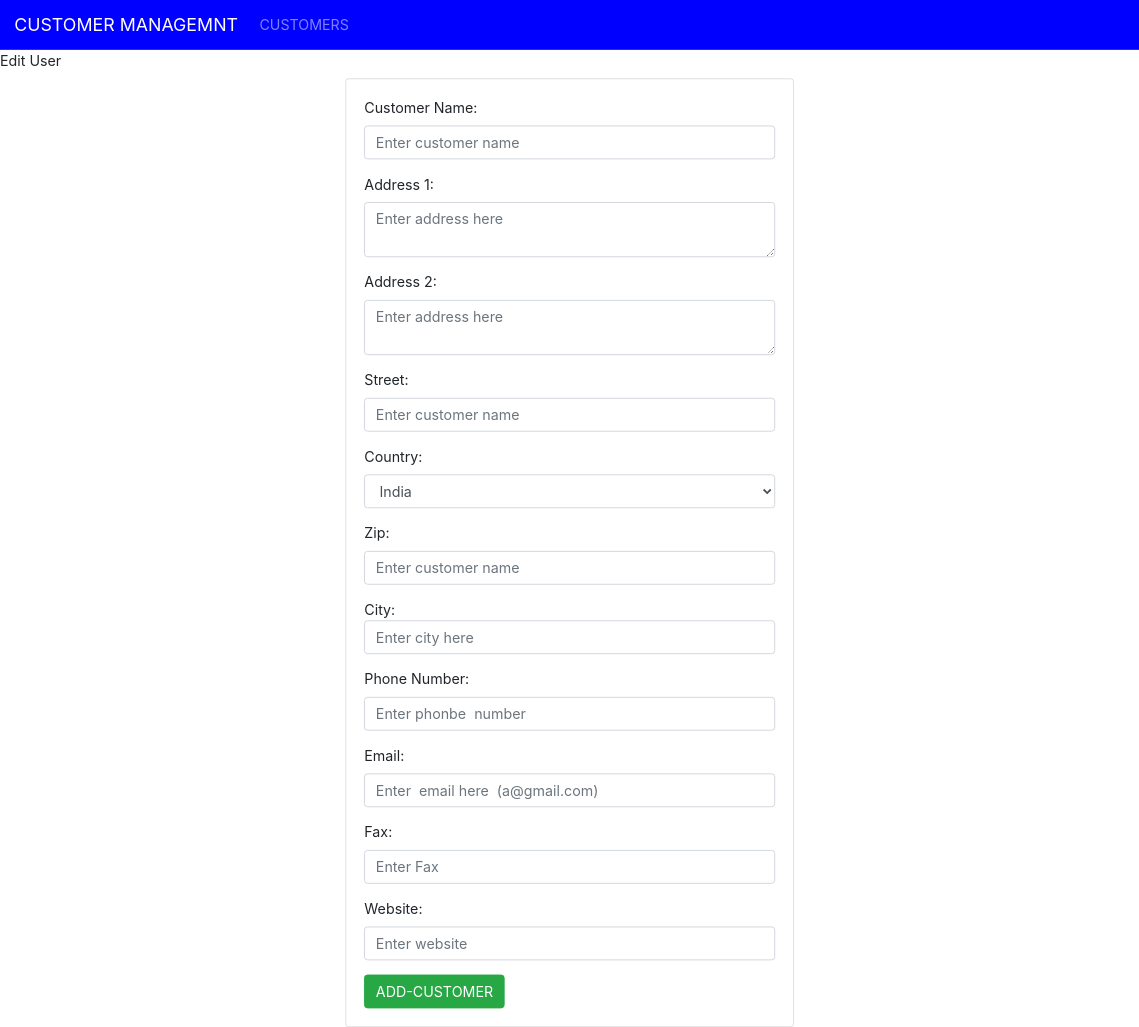
Repository: shruti-2522/webdirekt-assignment
Page: http://localhost/Customer-Project/customer-form.jsp
These files come from the project's save history. The page is drawn as it stood at one moment and after the next save; the edit follows.
The browser window is 1280 px wide. The pictures show the whole page, at 89% of full size.
The page is served by Tomcat 9.

Above is the page before, as saved 2021-07-05 10:45:40.

After the next save:
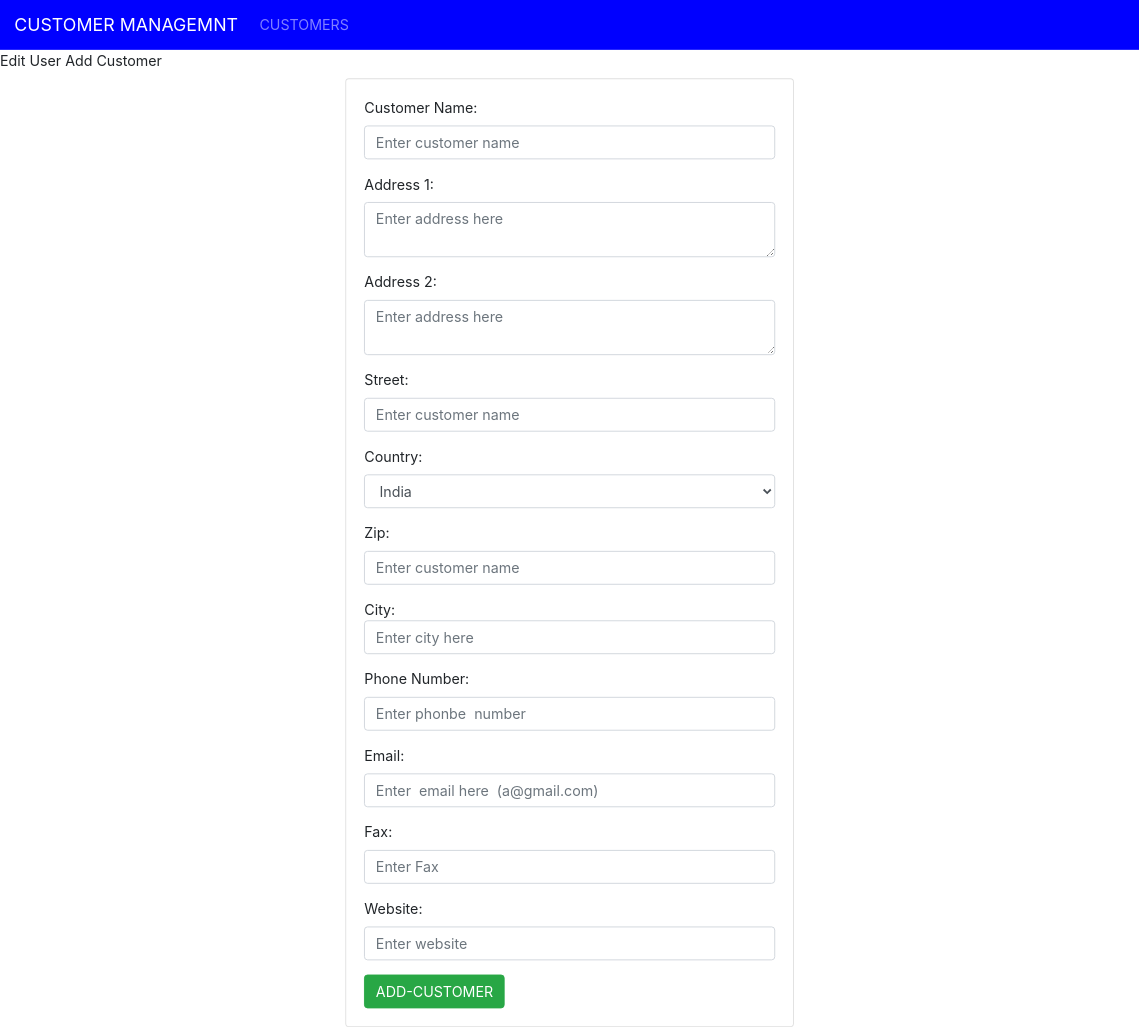
Saved 16 s later.
--- a/Customer-Project/src/main/webapp/customer-form.jsp
+++ b/Customer-Project/src/main/webapp/customer-form.jsp
@@ -31,8 +31,11 @@
 
 	<c:if test="{customer!=null}">
 	Edit User
+  </c:if>
 
-	</c:if>
+	<c:if test="{customer!=null}">
+	Add Customer
+  </c:if>
 
 	<div class="container col-md-5 mt-2">
 		<div class="card">
